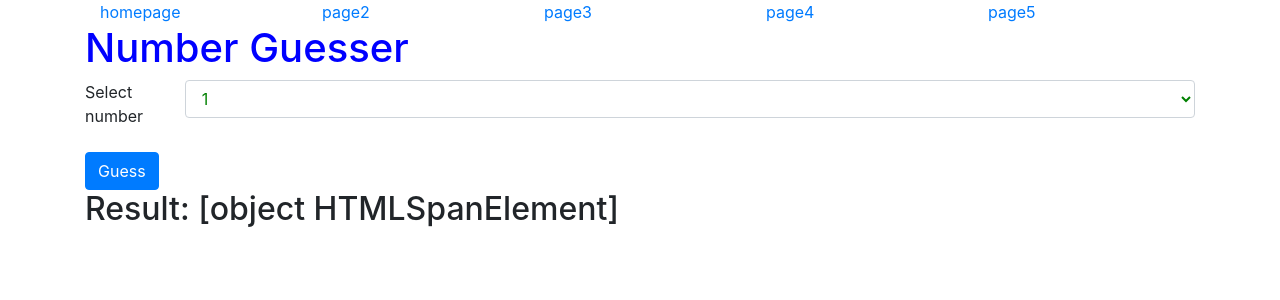
Repository: sanderdebr/cs50
Page: pset8/homepage/index.html
The author's editor kept a record of every edit. The page is drawn from the files as they stood at one moment, then again after the next edit.
The browser window is 1280 px wide. The pictures show the whole page.
After loading, the first visible `#button` was clicked once.

Above is the page before.

After the next edit:
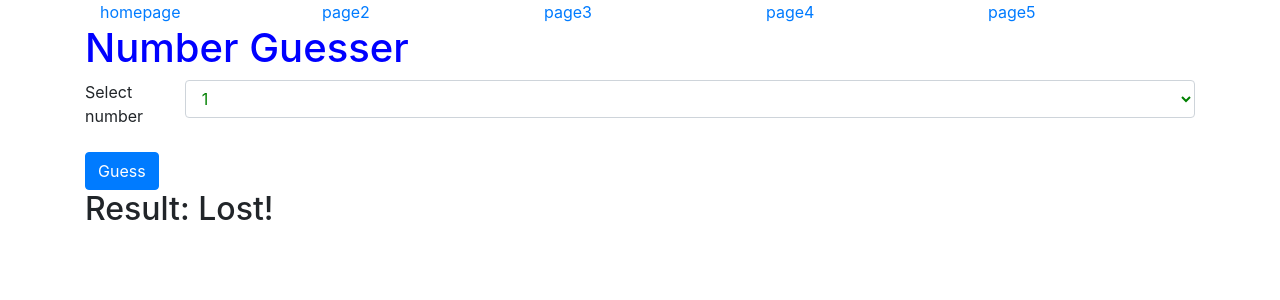
The edit:
--- a/pset8/homepage/app.js
+++ b/pset8/homepage/app.js
@@ -46,9 +46,9 @@
             const selected = mySelect.value;
             return selected;
         },
-        showResult: function() {
-            const result = document.getElementById(DOMstrings.result);
-            result.innerText = result;
+        showResult: function(result) {
+            const resultSpan = document.getElementById(DOMstrings.result);
+            resultSpan.innerText = result;
         },
         createUI: function() {
             const selectBox = createSelectBox();
